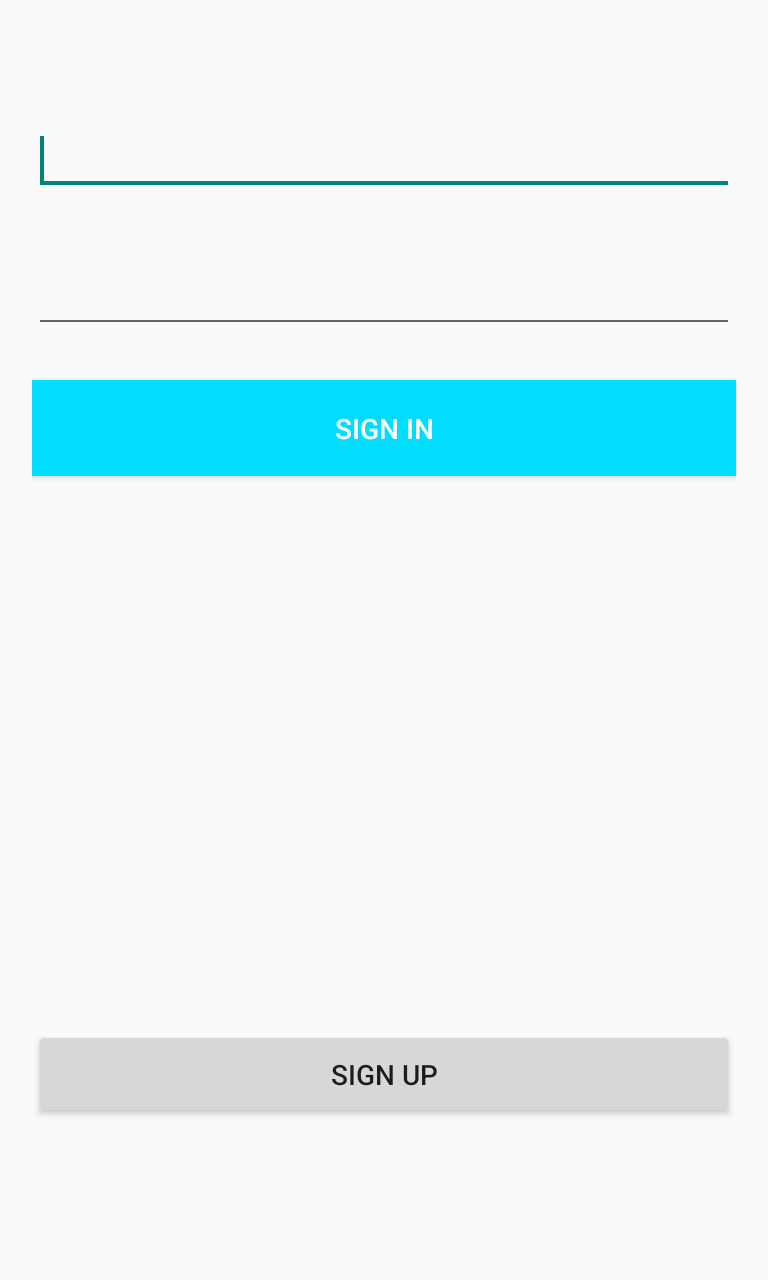
Repository: uditha2233/Anything
Layout: Local Android/AnyThing/AnyThing/res/layout/fragment_login.xml
These files come from the project's save history. The layout is drawn as it stood at one moment and after the next save; the edit follows.
It is drawn on a 768 x 1280 px phone screen (xhdpi) without system bars, with theme AppTheme; the app's code is not run.

Above is the layout before, as saved 2014-05-29 03:38:06.

After the next save:
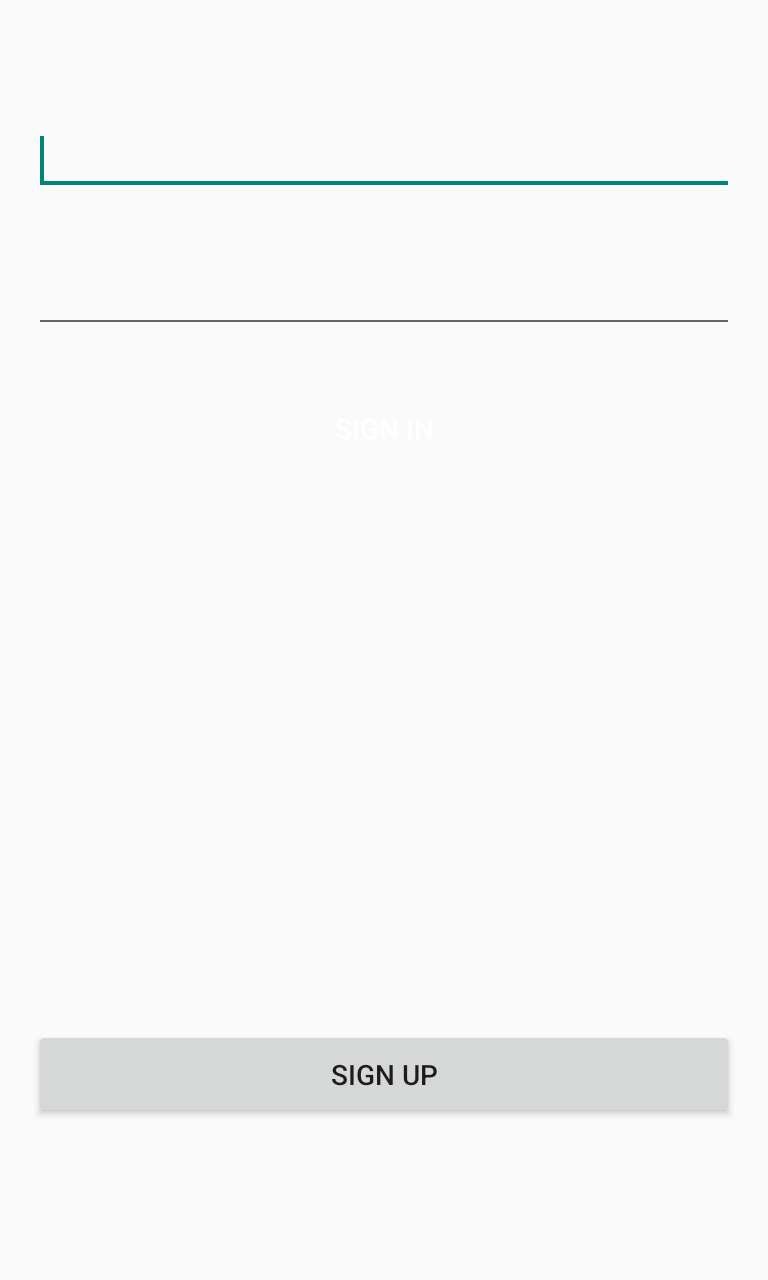
Saved 51 s later.
--- a/Local Android/AnyThing/AnyThing/res/layout/fragment_login.xml
+++ b/Local Android/AnyThing/AnyThing/res/layout/fragment_login.xml
@@ -43,8 +43,9 @@
         android:layout_marginTop="21dp"
         android:text="@string/signin"
         android:onClick="login"
-        android:background="@android:color/holo_blue_bright"
-        android:textColor="@android:color/white"/>
+        android:background="@android:color/#418Bc8"
+        android:textColor="@android:color/white" />
+
 
     <Button
         android:id="@+id/regBtn"
